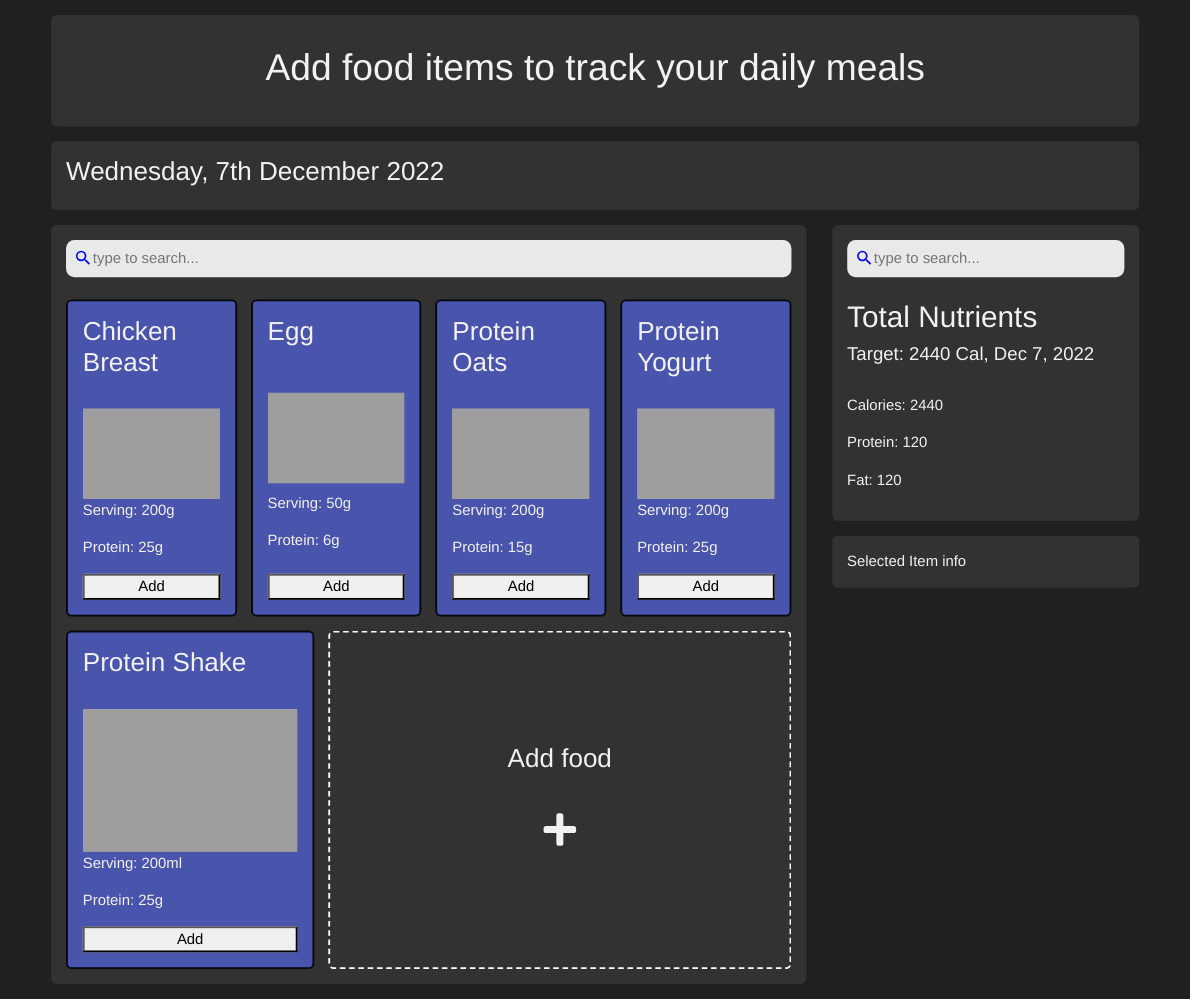
Repository: CEEPREL/NutritionTracker
Page: /
An editor plug-in stored every save of this project. The page is shown before and after a run of saves, followed by the edit.
The browser window is 1280 px wide. The pictures show the whole page, at 93% of full size.
Pictures or frames that could not be fetched are drawn as grey boxes. The project was rebuilt for these pictures with package versions that can differ from the ones it lists, and the page was loaded fresh each time. Also part of the build but not shown: vite.config.js.

Above is the page before, as saved 2022-12-08 19:06:37.

After the next 3 saves:
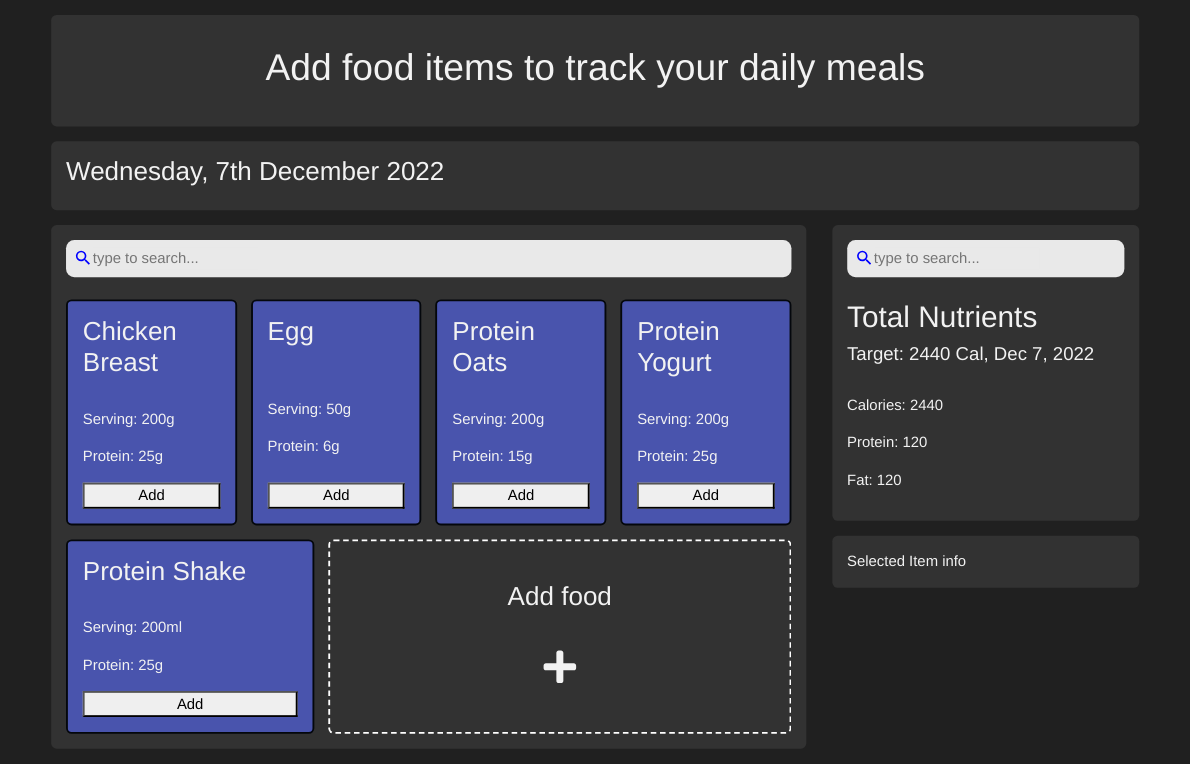
The 3 saves are shown as one change because they came seconds apart.
The last was saved 43 s later.
--- a/src/components/Food.js
+++ b/src/components/Food.js
@@ -5,7 +5,7 @@ const Food = ({ id, name, size, protein, image }) => {
         <div className="food-card">
             <h3>{name}</h3>
             <br></br>
-            <img className="small" src={image} alt={name}></img>
+            {/* <img className="small" src={image} alt={name}></img> */}
             <div>
                 <p>Serving: {size}</p>
                 <p>Protein: {protein}</p>
